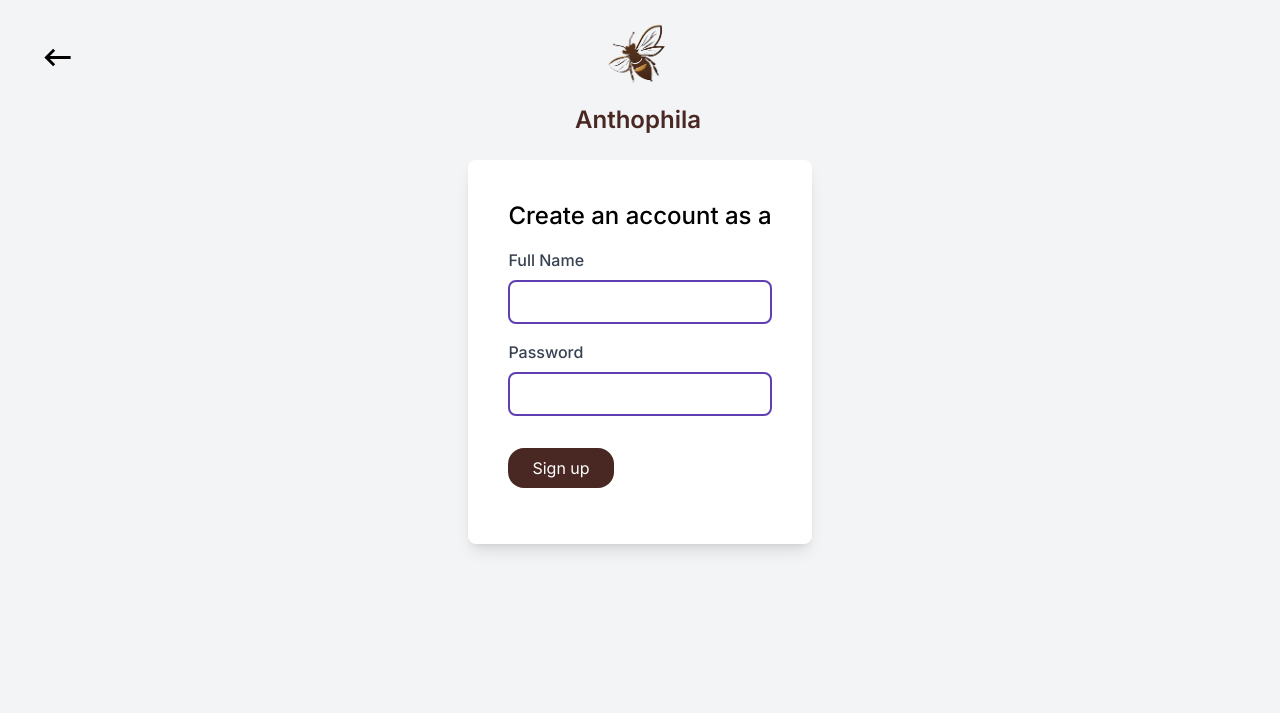
Repository: marcusdashe/anthophila
Page: /signup
An editor plug-in stored every save of this project. The page is shown before and after the next save, followed by the edit.
The browser window is 1280 px wide. The pictures show the whole page.
The project was rebuilt for these pictures with package versions that can differ from the ones it lists, and the page was loaded fresh each time. The framework's server and built-in components were replaced by stand-ins that run in the browser. Also part of the build but not shown: next.config.js.

Above is the page before, as saved 2023-03-03 15:26:32.

### pages/_document.js
import { Html, Head, Main, NextScript } from 'next/document'

export default function Document() {
  return (
    <Html lang="en">
      <Head>
        <link rel="preconnect" href="https://fonts.googleapis.com" />
        <link rel="preconnect" href="https://fonts.gstatic.com" crossOrigin />
        <link href="https://fonts.googleapis.com/css2?family=Inter:wght@100;200;300;400;500;600&display=swap" rel="stylesheet" />
      </Head>
      <body>
        <Main />
        <NextScript />
      </body>
    </Html>
  )
}

### pages/signup.js
import React, { useState, useEffect } from "react";
import { useRouter } from "next/router";
import Web3 from "web3";
import KeyboardBackspaceIcon from "@mui/icons-material/KeyboardBackspace";
import Link from "next/link";

const Signup = () => {
  const [error, setError] = useState("");
  const [web3, setWeb3] = useState(null);
  const [user, setUser] = useState("");
  const [fullName, setFullName] = useState("");
  const [password, setPassword] = useState("");
  const [ethaddress, setEthaddress] = useState("");

  const router = useRouter();

  useEffect(() => {
    setUser(router.query.user);
  }, [user]);

  const callSignupFunctionOnSC = async (evt) => {
    evt.preventDefault();
    await connectWallet();
  };

  const connectWallet = async () => {
    if (typeof window !== "undefined" && window.ethereum !== "undefined") {
      try {
        await window.ethereum.request({ method: "eth_requestAccounts" });
        console.log("Good....");
        setWeb3(new Web3(window.ethereum));
      } catch (error) {
        setError(error.message);
      }
    } else {
      window.alert("Please install metamask");
    }
    if (web3) {
      // Use web3 to interact with the blockchain
      // setEthaddress(web3.eth.accounts[0]);
      // setEthaddress(await web3.eth.requestAccounts()[0]);
      setEthaddress(ethereum.selectedAddress);
      console.log(ethaddress);
    }
  };

  return (
    <div className="flex flex-col items-center justify-center h-screen bg-gray-100">
      <figure className="fixed top-10 left-10">
        <Link href="/">
          {" "}
          <KeyboardBackspaceIcon fontSize="large" />
        </Link>
      </figure>
      <div className="font-bold text-2xl cursor-pointer flex flex-col items-center text-gray-80 hover:scale-110 duration-500 mb-6">
        <img
          src="/assets/logo.png"
          alt="logo"
          className="object-scale-down h-20 w-20"
        />
        <span className="text-2xl text-[#492823] mr-1 pt-2 ">Anthophila</span>
      </div>
      <div className="bg-white p-10 rounded-lg shadow-lg">
        <h1 className="text-2xl font-medium mb-4">
          Create an account as a {user}
        </h1>
        <form onSubmit={callSignupFunctionOnSC}>
          <div className="mb-4">
            <label
              htmlFor="name"
              className="block text-gray-700 font-medium mb-2"
            >
              Full Name
            </label>
            <input
              type="text"
              id="name"
              name="name"
              value={fullName}
              onChange={(e) => setFullName(e.target.value)}
              className="border-[#5F3EB2] border-2 rounded-lg py-2 px-3 w-full"
            />
          </div>
          <div className="mb-4">
            <label
              htmlFor="password"
              className="block text-gray-700 font-medium mb-2"
            >
              Password
            </label>
            <input
              type="password"
              id="password"
              name="password"
              value={password}
              onChange={(e) => setPassword(e.target.value)}
              className="border-[#5F3EB2] border-2 rounded-lg py-2 px-3 w-full"
            />
          </div>

          <button className="bg-[#492823] w-150 text-white my-4 py-2 px-6 rounded-2xl md:mr-3 ml-0 hover:bg-[#D5D0ED] hover:text-[#492823] duration-500 hover:scale-110 duration-500  snm:mr-3">
            Sign up
          </button>
        </form>
      </div>
      <p className="text-[#FBE7EE] w-[30%] my-10">{error}</p>
      <p className="text-[#caa5b2] w-[30%] my-10">{ethaddress}</p>
    </div>
  );
};

export default Signup;

### styles/globals.css
@tailwind base;
@tailwind components;
@tailwind utilities;


@layer base {
    html {

      font-family: 'Inter', sans-serif;
    }
  }

### tailwind.config.js
/** @type {import('tailwindcss').Config} */

module.exports = {
  content: [
    "./app/**/*.{js,ts,jsx,tsx}",
    "./pages/**/*.{js,ts,jsx,tsx}",
    "./components/**/*.{js,ts,jsx,tsx}",
  ],
  theme: {
    extend: {},
  },
  plugins: [],
}

Loaded but not shown: pages/_app.js (common file); pages/api/hello.js (common file)

After the next save:
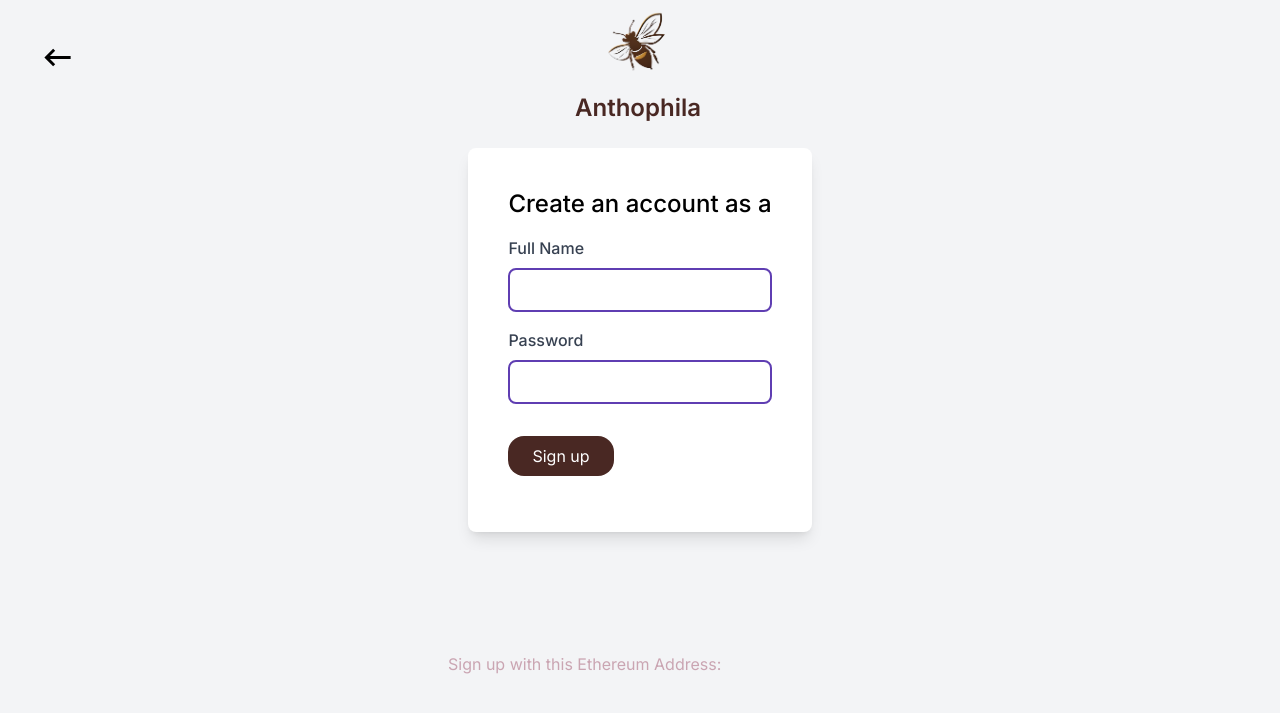
Saved 2 min 4 s later.
--- a/pages/signup.js
+++ b/pages/signup.js
@@ -104,7 +104,9 @@ const Signup = () => {
         </form>
       </div>
       <p className="text-[#FBE7EE] w-[30%] my-10">{error}</p>
-      <p className="text-[#caa5b2] w-[30%] my-10">{ethaddress}</p>
+      <p className="text-[#caa5b2] w-[30%] my-10">
+        Sign up with this Ethereum Address: {ethaddress}
+      </p>
     </div>
   );
 };
